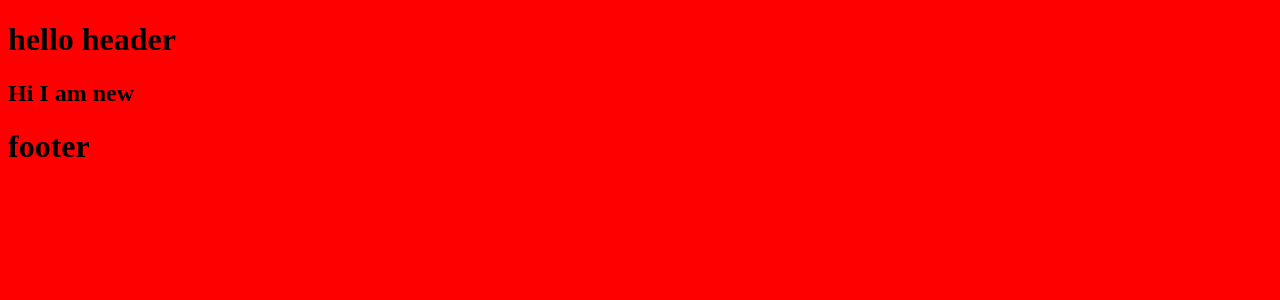
Repository: Rohullah-Noori/shop
Page: index.html
An editor plug-in stored every save of this project. The page is shown before and after the next save, followed by the edit.
The browser window is 1280 px wide. The pictures show the whole page.

Above is the page before, as saved 2025-03-05 17:18:19.

### index.html
<!DOCTYPE html>
<html lang="en">
  <head>
    <meta charset="UTF-8" />
    <meta name="viewport" content="width=device-width, initial-scale=1.0" />
    <title>Document</title>
    <style>
      body {
        background-color: red;
      }
    </style>
  </head>
  <body>
    <h1>hello header</h1>
    <h2>Hi I am new</h2>
  </body>
  <footer>
    <h1>footer</h1>
  </footer>
</html>

After the next save:
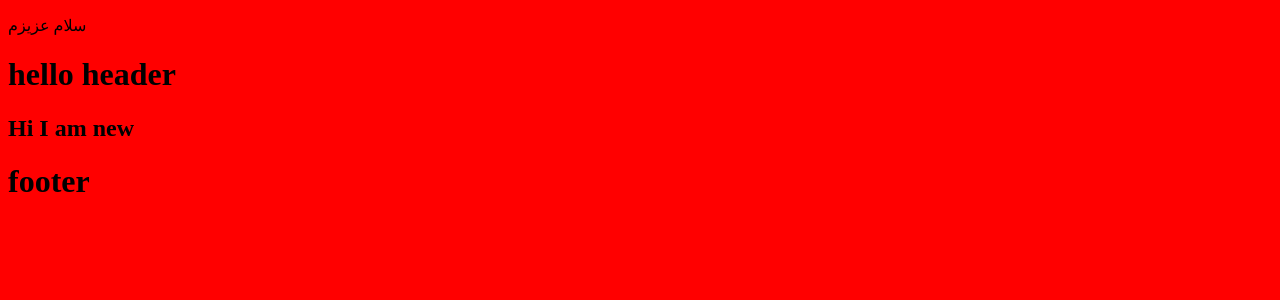
Saved 3 min 27 s later.
--- a/index.html
+++ b/index.html
@@ -11,6 +11,7 @@
     </style>
   </head>
   <body>
+    <p>سلام عزیزم</p>
     <h1>hello header</h1>
     <h2>Hi I am new</h2>
   </body>
